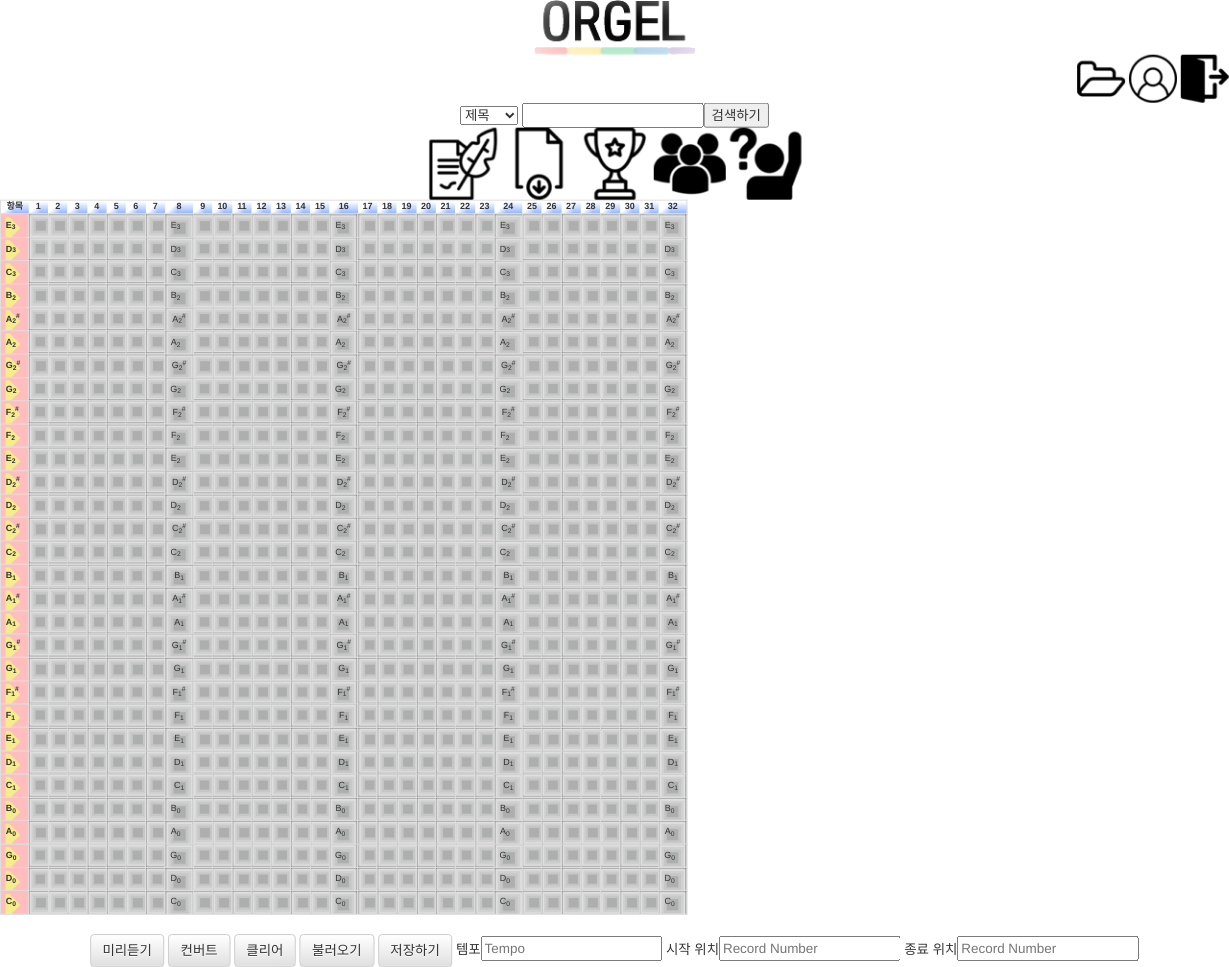
Repository: 2018YoungJinCollege-Com-3WDJ-3Group/WebCode
Page: http://localhost/main/create
The author's editor kept a record of every edit. The page is drawn from the files as they stood at one moment, then again after the next edit.
The browser window is 1280 px wide. The pictures show the whole page, at 96% of full size.
The page is served by the project's Laravel application, run on PHP 8.4 with Laravel 8.

Above is the page before.
Console error (its wording comes from the project's code and is left out).

After the next edit:
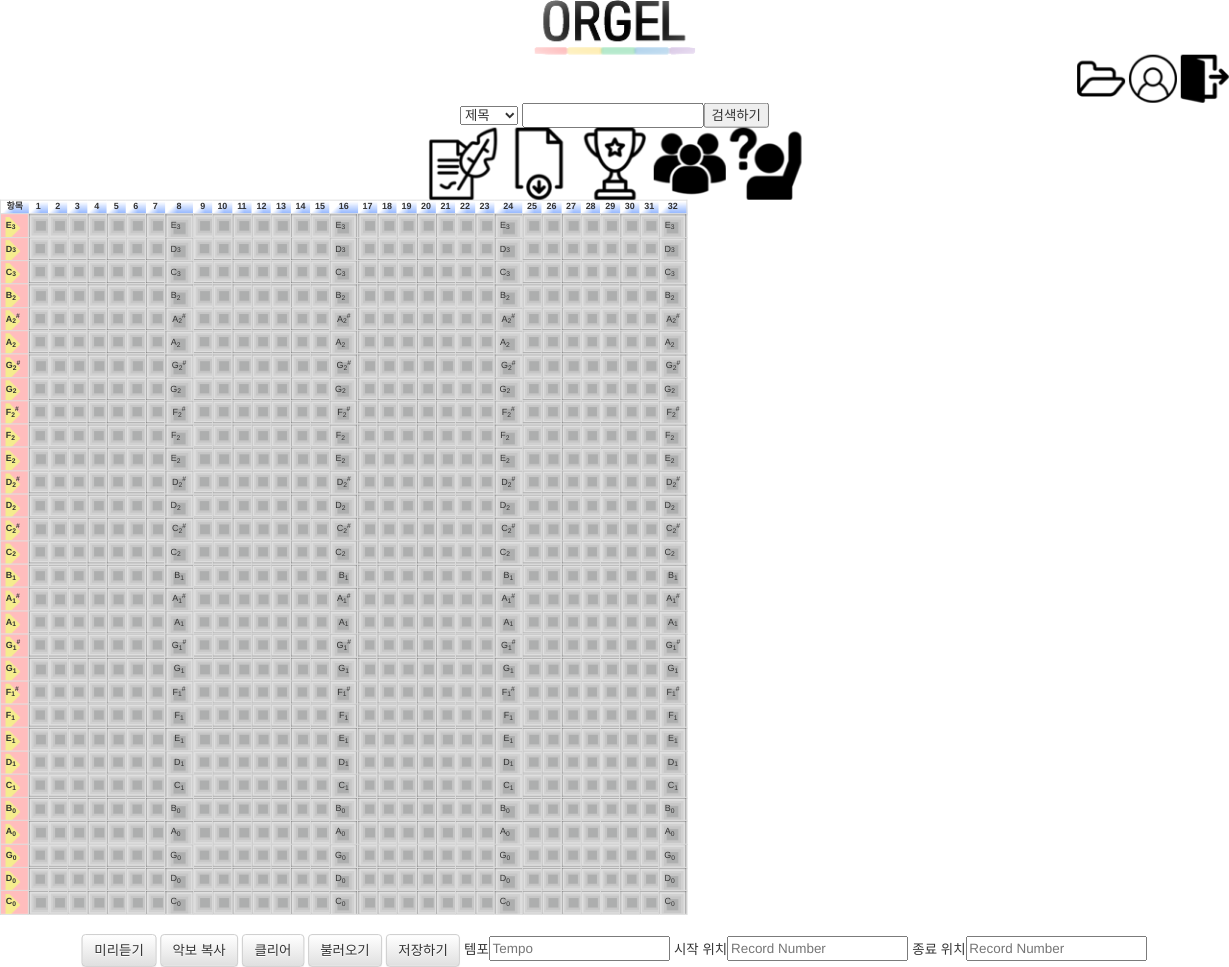
The edit:
--- a/project_0321/resources/views/main/create.blade.php
+++ b/project_0321/resources/views/main/create.blade.php
@@ -20,7 +20,7 @@
     <!--기능-->
     <div id="div_musicController">
     <button class="btn btn-default" id="button_play">미리듣기</button>
-    <button class="btn btn-default" id="button_convert">컨버트</button>
+    <button class="btn btn-default" id="button_convert">악보 복사</button>
     <button class="btn btn-default" id="button_clear">클리어</button>
     <button class="btn btn-default" id="button_read">불러오기</button>
     <button class="btn btn-default" id="button_save">저장하기</button>
